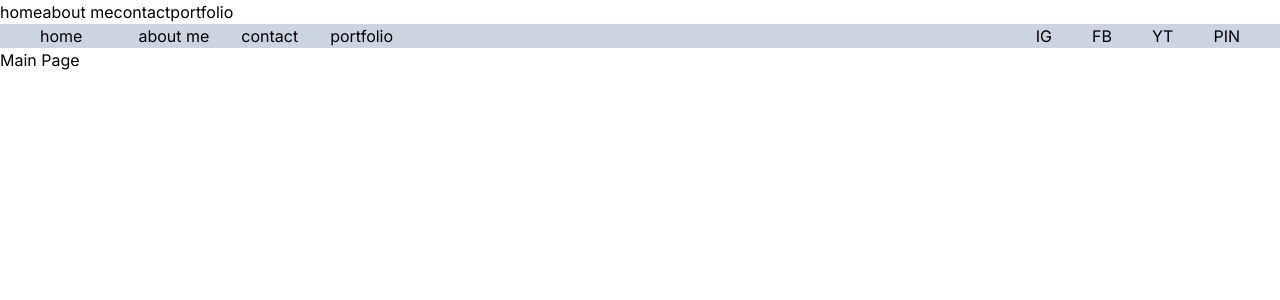
Repository: hubertrh/klaudia-personal-next
Page: /
An editor plug-in stored every save of this project. The page is shown before and after the next save, followed by the edit.
The browser window is 1280 px wide. The pictures show the whole page.
The project was rebuilt for these pictures with package versions that can differ from the ones it lists, and the page was loaded fresh each time. The framework's server and built-in components were replaced by stand-ins that run in the browser. Also part of the build but not shown: next.config.js.

Above is the page before, as saved 2023-08-11 11:18:34.

After the next save:
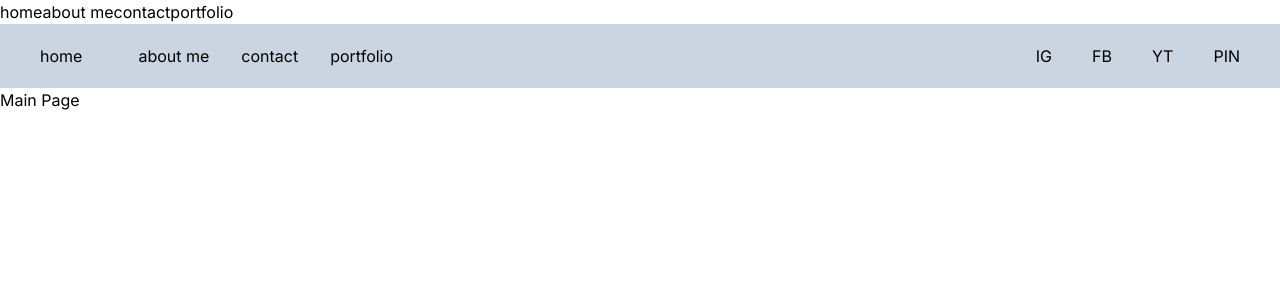
Saved 9 s later.
--- a/app/(site)/layout.tsx
+++ b/app/(site)/layout.tsx
@@ -18,7 +18,7 @@ export default function RootLayout({
   return (
     <html lang="en">
       <body className={inter.className}>
-        <header className="flex justify-between bg-slate-300 px-10">
+        <header className="flex justify-between bg-slate-300 px-10 py-5">
           <nav>
             <Link className="nav-link !pr-14" href="#!">
               home
